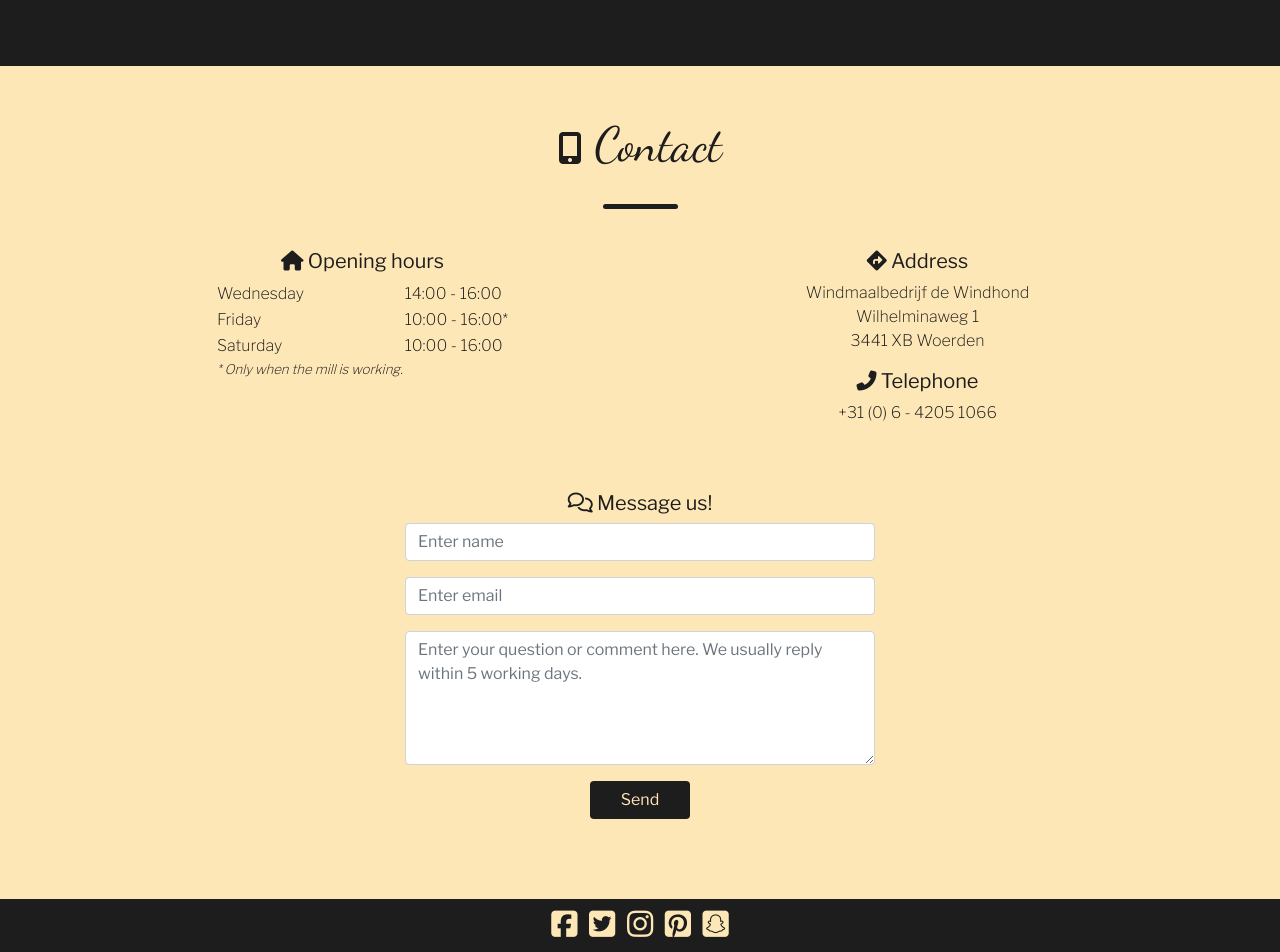
Repository: jdl208/DeWindhond
Page: index.html
The author's editor kept a record of every edit. The page is drawn from the files as they stood at one moment, then again after the next edit.
The browser window is 1280 px wide. The pictures show the part of the page from y = 1942 to 2894 px (the page is 2938 px tall before and 2972 px after).
Some web libraries are served in a nearby version.

Above is the page before.

After the next edit:
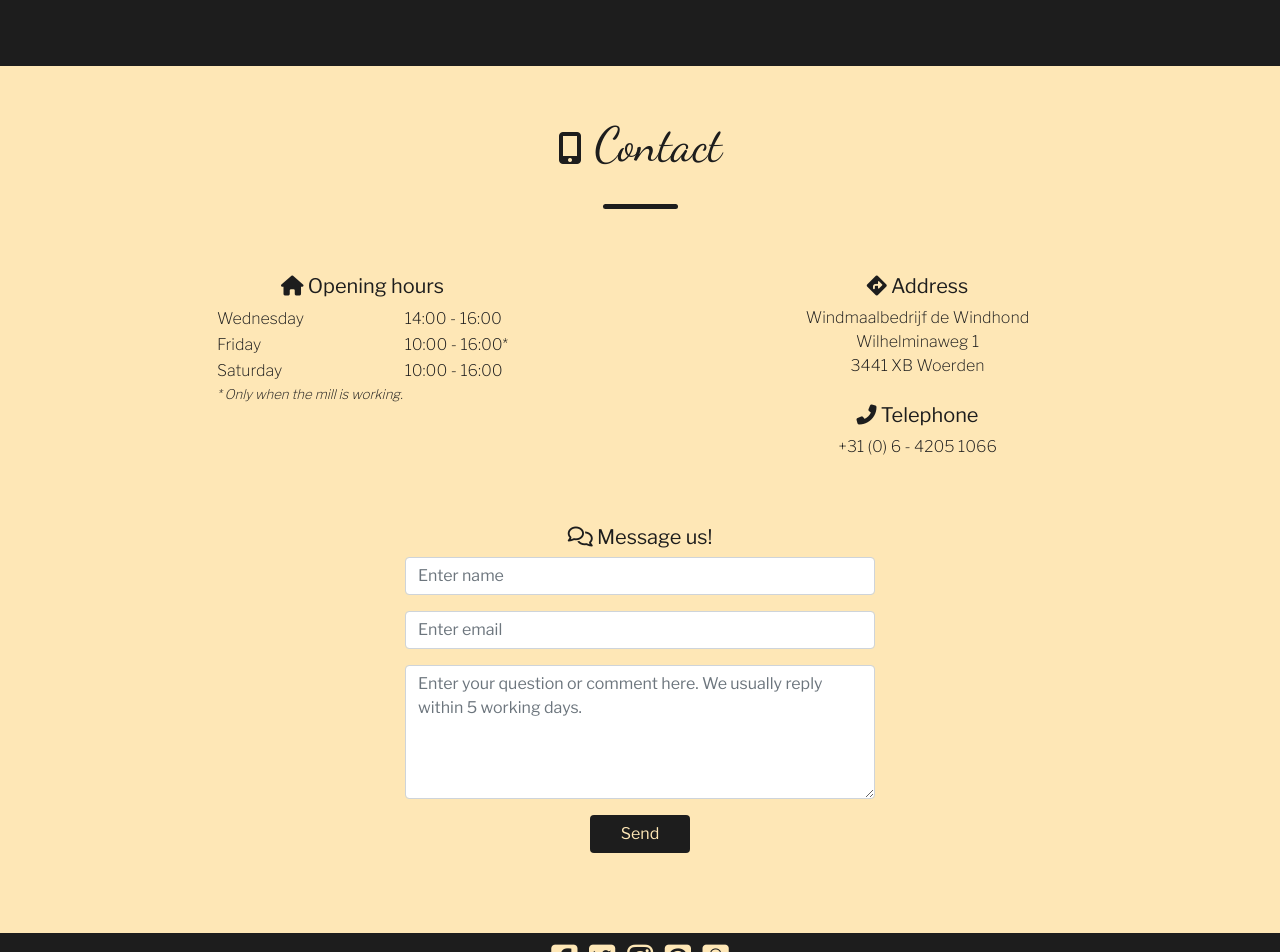
The edit:
--- a/assets/css/style.css
+++ b/assets/css/style.css
@@ -260,6 +260,10 @@
     margin: auto;
 }
 
+.contact_visiting h5 {
+    margin-top: 25px;
+}
+
 .footnote_opening {
     font-size: smaller;
     font-style: italic;
